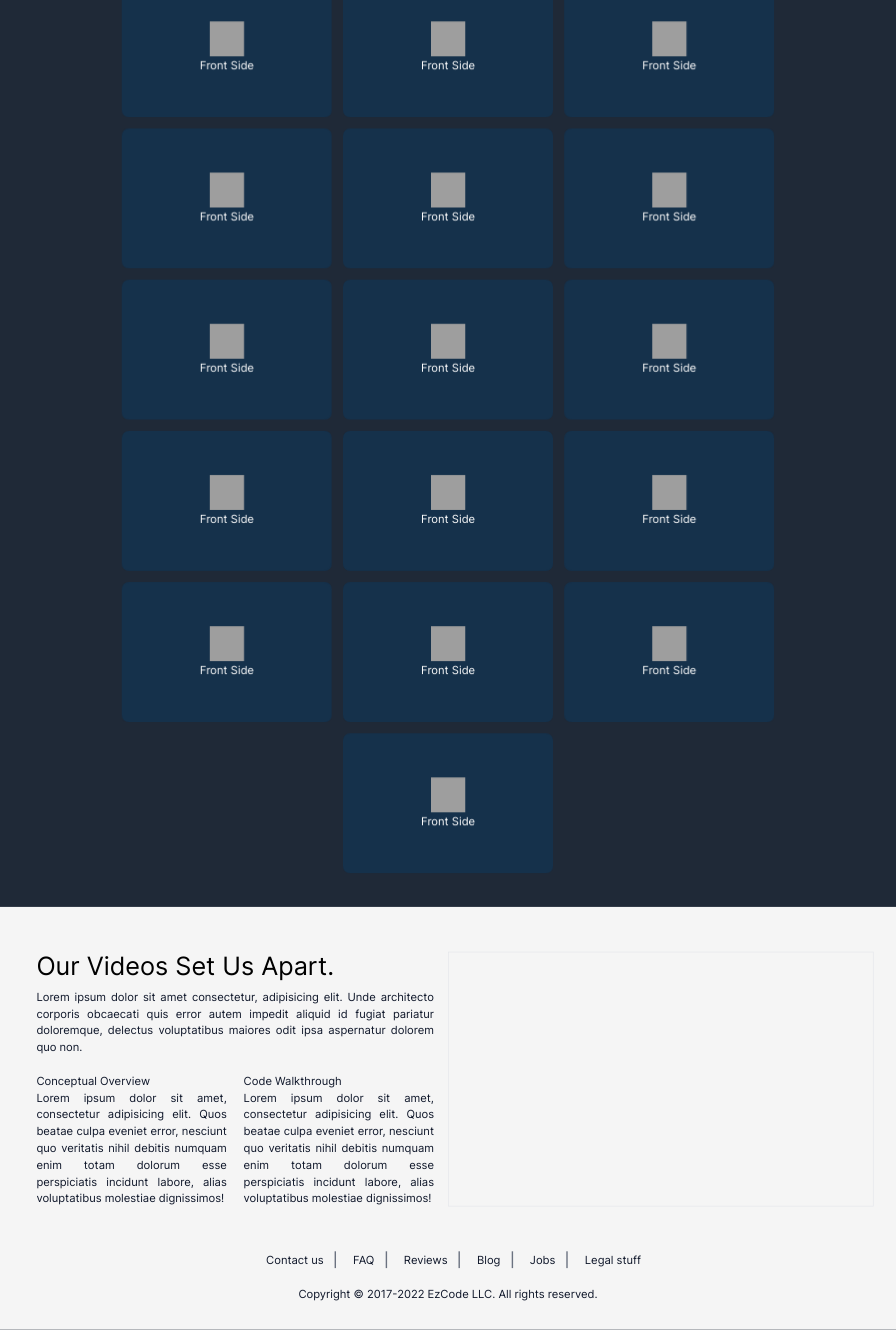
Repository: om1ars/Xjkey
Page: /
An editor plug-in stored every save of this project. The page is shown before and after a run of saves, followed by the edit.
The browser window is 1280 px wide. The pictures show the part of the page from y = 1231 to 3151 px (the page is 3131 px tall before and 3151 px after), at 70% of full size.
Pictures or frames that could not be fetched are drawn as grey boxes. The project was rebuilt for these pictures with package versions that can differ from the ones it lists, and the page was loaded fresh each time. The framework's server and built-in components were replaced by stand-ins that run in the browser. Also part of the build but not shown: next.config.js.

Above is the page before, as saved 2022-03-18 23:36:32.

### src/pages/_app.tsx
import "@/css/fonts.css";
// Import Swiper styles
import "swiper/css";
import "swiper/css/free-mode";
import "swiper/css/scrollbar";
import "swiper/css/navigation";
//
import "@/css/main.scss";
import type { AppProps } from "next/app";
import { ThemeProvider } from "next-themes";
import { Header } from "@/components/Header";
import DefaultLayout from "@/layouts/DefaultLayout";

function MyApp({ Component, pageProps }: AppProps) {
  return (
    <ThemeProvider attribute="class" defaultTheme="system">
      <DefaultLayout>
        <Component {...pageProps} />
      </DefaultLayout>
    </ThemeProvider>
  );
}

export default MyApp;

### src/pages/_document.tsx
import NextDocument, {
  Html,
  Head,
  Main,
  NextScript,
  DocumentContext,
} from 'next/document';

export default class Document extends NextDocument {
  static async getInitialProps(ctx: DocumentContext) {
    const initialProps = await NextDocument.getInitialProps(ctx);
    return { ...initialProps };
  }

  render() {
    return (
      <Html lang='en' className='dark'>
        <Head>
          <link href='/favicons/site.webmanifest' rel='manifest' />
          <link href='/favicons/favicon.ico' rel='shortcut icon' />
          <link
            href='/favicons/apple-touch-icon.png'
            rel='apple-touch-icon'
            sizes='180x180'
          />
          <link
            href='/favicons/favicon-32x32.png'
            rel='icon'
            sizes='32x32'
            type='image/png'
          />
          <link
            href='/favicons/favicon-16x16.png'
            rel='icon'
            sizes='16x16'
            type='image/png'
          />
          <link
            rel='mask-icon'
            href='/favicons/safari-pinned-tab.svg'
            color='#6366f1'
          />
          <meta content='#ffffff' name='theme-color' />
          <meta content='#ffffff' name='msapplication-TileColor' />
          <meta
            content='/favicons/browserconfig.xml'
            name='msapplication-config'
          />
        </Head>
        <body className='dark:highlight-white/5 bg-neutral-100 text-slate-900 antialiased dark:bg-gray-800 dark:text-white'>
          <Main />
          <NextScript />
        </body>
      </Html>
    );
  }
}

### src/pages/index.tsx
import React from "react";
import SEO from "@/components/SEO";
import AboutUs from "@/components/HomeComponents/AboutUs";
import Hero from "@/components/HomeComponents/Hero";
import { FeaturedJobs } from "@/components/HomeComponents/FeaturedJobs";
import AlgoFlipCard from "@/components/HomeComponents/FlipCard";
import VideosComponents from "@/components/HomeComponents/VideosComponents";
export default function Home() {
  return (
    <>
      <SEO />
      <Hero />
      <main className="mx-auto max-w-screen-xl px-6 sm:px-8">
        <div className="mt-16 space-y-20">
          <FeaturedJobs />
        </div>
      </main>

      <div className="mt-10 " id="flipCard">
        <AlgoFlipCard />
      </div>
      <main className="mx-auto max-w-screen-xl px-6 sm:px-8 " id="video-explanation">
        <div className="mt-16 space-y-20">
          <VideosComponents />
        </div>
      </main>
    </>
  );
}

### src/css/fonts.css
@font-face {
  font-family: "Inter var";
  font-weight: 100 900;
  font-display: swap;
  font-style: normal;
  font-named-instance: "Regular";
  src: url("../fonts/Inter-roman-latin.var.woff2") format("woff2");
}

@font-face {
  font-family: "Inter var";
  font-weight: 100 900;
  font-display: swap;
  font-style: italic;
  font-named-instance: "Italic";
  src: url("../fonts/Inter-italic-latin.var.woff2") format("woff2");
}

### src/css/main.scss
@tailwind base;
@tailwind components;
@tailwind utilities;
@import "./flip-card.scss";
@layer base {
  .dark {
    color-scheme: dark;
  }
}

/* styling Swiper default navigations elements */
.swiper-button-next {
  background-color: theme("colors.white");
  height: 40px;
  width: 40px;
  border-radius: 100px;
  box-shadow: theme("boxShadow.lg");
  transition: all;
  transition-duration: 150ms;
}

html.dark .swiper-button-next {
  background-color: theme("colors.slate.600");
}

.swiper-button-next:hover {
  background-color: theme("colors.slate.200");
}

html.dark .swiper-button-next:hover {
  background-color: theme("colors.slate.400");
}

.swiper-button-next::after {
  color: black;
  font-size: 1rem;
  font-weight: bold;
}
html.dark .swiper-button-next::after {
  color: theme("colors.white");
}

.swiper-button-prev {
  background-color: theme("colors.white");
  height: 40px;
  width: 40px;
  border-radius: 100px;
  box-shadow: theme("boxShadow.lg");
  transition: all;
  transition-duration: 150ms;
}

html.dark .swiper-button-prev {
  background-color: theme("colors.slate.600");
}

.swiper-button-prev:hover {
  background-color: theme("colors.slate.200");
}

html.dark .swiper-button-prev:hover {
  background-color: theme("colors.slate.400");
}

.swiper-button-prev::after {
  color: black;
  font-size: 1rem;
  font-weight: bold;
}
html.dark .swiper-button-prev::after {
  color: theme("colors.white");
}

html.dark .swiper-scrollbar {
  background: rgb(255, 255, 255, 0.2);
}
html.dark .swiper-scrollbar-drag {
  background: rgb(255, 255, 255, 0.6);
}
/* end of styling Swiper default navigations elements */

### src/layouts/DefaultLayout.tsx
import Footer from "@/components/Footer";
import { Header } from "@/components/Header";
import React, { FC } from "react";

export default function DefaultLayout({ children }: any) {
  return (
    <div>
      <Header />
      <main>{children}</main>
      <Footer />
    </div>
  );
}

### src/components/SEO.tsx
import React from "react";
import Head from "next/head";

const defaultMeta = {
  title: "Job Seeking Landing Page - Miad V",
  description: "Exprimental Project",
};

const SEO: React.FC<any> = ({ children, ...customMeta }) => {
  const meta = {
    ...defaultMeta,
    ...customMeta,
  };
  return (
    <Head>
      <meta name="robots" content="noindex" />
      <title>{meta.title}</title>
      <meta name="description" content={meta.description} />
    </Head>
  );
};

export default SEO;

### src/components/HomeComponents/FeaturedJobs.tsx
import React from "react";
import Image from "next/image";
import Link from "next/link";
import { FreeMode, Mousewheel, Navigation, Scrollbar } from "swiper";
import { Swiper, SwiperSlide } from "swiper/react";
import { Button } from "@/components/Button";
import { Chip } from "@/components/Chip";

// const featuredJobsCategories = [
//   "Sales (Corporate, Real Estate, Telesales, etc.)",
//   "Customer Service",
//   "Other",
//   "Creative Writing",
//   "Project Management",
//   "Marketing - Digital",
//   "IT - Software Development",
//   "Human Resources",
//   "Accounting & Finance",
// ];

const featuredJobsItems = [
  {
    companyName: "160+ hand-picked questions",
    jobTitle: "Algorithms for Interview",
    href: "algoFlip",
    image: "/img/01.jpg",
  },
  {
    companyName: "200+ templates, clones and more...",
    jobTitle: " Advanced React.js",
    image: "/img/02.jpg",
  },
  {
    companyName: "100+ hourse video explanation",
    jobTitle: "Online lessons",
    image: "/img/03.jpg",
    href: "video-explanation",
  },
  {
    companyName: "Feature-Rich Coding Workspace",
    jobTitle: "Enviromental editor",
    image: "/img/04.jpg",
  },
  {
    companyName: "Mock interviews",
    jobTitle: "Couch meeting",
    image: "/img/05.jpg",
  },
  {
    companyName: "Space-Time Complexity Analyses",
    jobTitle: "How to solve algorithms",
    image: "/img/06.jpg",
  },
  {
    companyName: "Achievements",
    jobTitle: "Online Sertificates",
    image: "/img/07.jpg",
  },
];

export const FeaturedJobs = () => {
  return (
    <section id="featured-jobs">
      <div className="mb-4 flex items-center justify-between">
        <h2 className="text-2xl font-bold">Why EzCode?</h2>
      </div>
      <div id="featured-jobs__categories" className="mb-4">
        {/* <Swiper
          modules={[FreeMode, Scrollbar, Mousewheel]}
          direction="horizontal"
          freeMode={true}
          mousewheel={true}
          scrollbar={{ draggable: true, hide: true }}
          slidesPerView="auto"
          spaceBetween={8}
          id="featured-jobs__categories__slider"
          className="!py-4"
        >
          <SwiperSlide className="!w-auto">
            <Chip label="all" active />
          </SwiperSlide>
          {featuredJobsCategories.map((item, i) => (
            <SwiperSlide key={i} className="!w-auto">
              <Chip label={item} />
            </SwiperSlide>
          ))}
        </Swiper> */}
      </div>
      {/* !-m-4 to fix box-shadow cropping due to overflow:hidden */}
      <div id="featured-jobs__items" className="!-m-4">
        <Swiper
          className="!p-4" // !p-4 to fix box-shadow cropping due to overflow:hidden
          modules={[Navigation]}
          navigation
          spaceBetween={20}
          slidesPerView={1}
          breakpoints={{
            "475": {
              slidesPerView: 2,
            },
            "640": {
              slidesPerView: 3,
            },
            "1024": {
              slidesPerView: 4,
            },
          }}
        >
          {featuredJobsItems.map((item, i) => (
            <SwiperSlide key={i}>
              <a>
                <a
                  href={`#${item.href}`}
                  id={item.href}
                  className="group block overflow-hidden rounded bg-white transition-all duration-150 hover:-translate-y-1 hover:shadow-lg dark:border-slate-800 dark:bg-slate-700"
                >
                  <div className="relative block overflow-hidden  pt-[70%]">
                    <Image
                      src={item.image}
                      alt={item.companyName}
                      layout="fill"
                      objectFit="cover"
                      className="transition-all duration-200 group-hover:scale-[102%]"
                    />
                  </div>

                  <div className="flex flex-col border-t p-4 dark:border-slate-600">
                    <h5 className="block truncate text-xl font-semibold capitalize">
                      {item.jobTitle}
                    </h5>
                    <span className="block truncate text-slate-500 dark:text-slate-400">
                      {item.companyName}
                    </span>
                  </div>
                </a>
              </a>
            </SwiperSlide>
          ))}
        </Swiper>
      </div>
    </section>
  );
};

### src/components/HomeComponents/VideosComponents.tsx
import React from "react";

export default function VideosComponents() {
  return (
    <div className="flex justify-between text-justify sm:flex-col  md:flex-col lg:flex-row">
      <div className="w-6/12 pl-5 pr-5">
        <div>
          <h1 className="text-4xl text-black mb-3">Our Videos Set Us Apart.</h1>
          <p>
            Lorem ipsum dolor sit amet consectetur, adipisicing elit. Unde
            architecto corporis obcaecati quis error autem impedit aliquid id
            fugiat pariatur doloremque, delectus voluptatibus maiores odit ipsa
            aspernatur dolorem quo non.
          </p>
        </div>
        <div className="mt-6 flex sm:flex-col md:flex-col lg:flex-row">
          <div className="mr-6 text-justify">
            <h3>Conceptual Overview</h3>
            <p>
              Lorem ipsum dolor sit amet, consectetur adipisicing elit. Quos
              beatae culpa eveniet error, nesciunt quo veritatis nihil debitis
              numquam enim totam dolorum esse perspiciatis incidunt labore,
              alias voluptatibus molestiae dignissimos!
            </p>
          </div>
          <div>
            <h3>Code Walkthrough</h3>
            <p>
              Lorem ipsum dolor sit amet, consectetur adipisicing elit. Quos
              beatae culpa eveniet error, nesciunt quo veritatis nihil debitis
              numquam enim totam dolorum esse perspiciatis incidunt labore,
              alias voluptatibus molestiae dignissimos!
            </p>
          </div>
        </div>
      </div>
      <div className="w-6/12 border"></div>
    </div>
  );
}

### src/css/flip-card.scss
.algo_flip_card_container {
  width: 100%;
  padding: 40px;
  height: 100%;
  background: #1f2937;
  //   display: flex;
  justify-content: center;
  align-items: center;
}
.services-box {
  display: flex;
  justify-content: center;
  align-items: center;
  flex-wrap: wrap;
}

.service {
  margin: 8px;
}

.flip-box {
  background-color: transparent;
  width: 300px;
  height: 200px;
  //   border: 1px solid #15314b;
  border-radius: 10px;
  perspective: 1000px;
}

.flip-box-inner {
  position: relative;
  width: 100%;
  height: 100%;
  text-align: center;
  transition: transform 0.4s;
  transform-style: preserve-3d;

  display: flex;
  justify-content: center;
  align-items: center;
}

.flip-box:hover .flip-box-inner {
  transform: rotateY(180deg);
}

.flip-box-front,
.flip-box-back {
  position: absolute;
  width: 100%;
  height: 100%;
  -webkit-backface-visibility: hidden;
  backface-visibility: hidden;

  display: flex;
  justify-content: center;
  align-items: center;
  flex-direction: column;
}

.flip-box-front {
  background-color: #15314b;
  color: white;
  border-radius: 10px;
}

.flip-box-front img {
  height: 50px;
  width: 50px;
}

.flip-box-back {
  background-color: #15314b;
  color: white;
  transform: rotateY(180deg);
  border-radius: 10px;
  padding: 16px;
}

### src/components/Footer.tsx
import React from "react";

export default function Footer() {
  return (
    <div>
      <div className="bg-darkBg text-whiteBg flex flex-col items-center justify-center pl-48 pr-48 pt-16 pb-10">
        <div className="lg:flex sm:flex md:flex sm:flex-wrap md:flex-wrap ">
          <div className="ml-4 flex ">
            <span className="mr-2 ml-2">Contact us</span>
            <div className=" ml-2 w-0.5 bg-gray-500"></div>
          </div>
          <div className="ml-4 flex ">
            <span className="mr-2 ml-2">FAQ</span>
            <div className=" ml-2 w-0.5 bg-gray-500"></div>
          </div>
          <div className="ml-4 flex ">
            <span className="mr-2 ml-2">Reviews</span>
            <div className=" ml-2 w-0.5 bg-gray-500"></div>
          </div>
          <div className="ml-4 flex ">
            <span className="mr-2 ml-2">Blog</span>
            <div className=" ml-2 w-0.5 bg-gray-500"></div>
          </div>
          <div className="ml-4 flex ">
            <span className="mr-2 ml-2">Jobs</span>
            <div className=" ml-2 w-0.5 bg-gray-500"></div>
          </div>
          <div className="ml-4 flex ">
            <span className="mr-2 ml-2 ">Legal stuff</span>
          </div>

        </div>
        <div className="mt-6">
          <span>Copyright © 2017-2022 EzCode LLC. All rights reserved.</span>
        </div>
      </div>
    </div>
  );
}

### src/components/Button/index.tsx
import React, { forwardRef } from "react";
import { __DEV__ } from "@/utils/assertions";

type BaseButtonProps = Omit<React.HTMLProps<HTMLButtonElement>, "size">;

/* === Button Element === */

export interface ButtonProps extends BaseButtonProps {
  children: React.ReactNode;
  fullWidth?: boolean;
  className?: string;
  variant?: "solid" | "outline" | "ghost";
  size?: "sm" | "md" | "lg";
  as?: string;
  isExternal?: boolean;
  type?: "button" | "submit" | "reset";
}

export const Button = forwardRef<HTMLButtonElement, ButtonProps>(
  (
    {
      children,
      variant = "solid",
      size = "md",
      fullWidth = false,
      className,
      as = "button",
      isExternal = false,
      ...rest
    },
    ref
  ) => {
    let tempClassNames: string[] = [];

    const sharedClasses = [
      "capitalize",
      "focus:outline-none",
      "focus:ring-2",
      "focus:ring-sky-400",
      "focus:ring-offset-2",
      "focus:ring-offset-sky-50",
      "font-semibold",
      "rounded-full",
      "inline-flex",
      "flex-shrink-0",
      "items-center",
      "justify-center",
      "transition-colors",
      "ease-in-out",
      "duration-500",
    ];

    if (fullWidth) sharedClasses.push("w-full");

    // handle variants
    let btnSolid = ["bg-sky-600", "hover:bg-sky-700", "text-white"];
    let btnOutline = [
      "dark:text-white",
      "hover:text-sky-700",
      "hover:dark:text-sky-700",
      "bg-transparent",
      "hover:bg-sky-50",
      "border",
      "border-sky-600",
    ];
    let btnGhost = [
      "bg-transparent",
      "dark:text-white",
      "hover:bg-sky-50",
      "hover:text-sky-700",
      "hover:dark:text-sky-700",
    ];

    if (variant === "solid") {
      tempClassNames = [...sharedClasses, ...btnSolid];
    } else if (variant === "outline") {
      tempClassNames = [...sharedClasses, ...btnOutline];
    } else if (variant === "ghost") {
      tempClassNames = [...sharedClasses, ...btnGhost];
    }

    // handle sizes
    let sizeSm = ["h-8", "px-2", "text-sm"];
    let sizeMd = ["h-10", "px-3"];
    let sizeLg = ["h-12", "px-4", "text-lg"];

    if (size === "sm") {
      tempClassNames = [...tempClassNames, ...sizeSm];
    } else if (size === "md") {
      tempClassNames = [...tempClassNames, ...sizeMd];
    } else if (size === "lg") {
      tempClassNames = [...tempClassNames, ...sizeLg];
    }

    let classes = tempClassNames.join(" ");

    let Element = as ? (
      React.createElement(
        as,
        {
          className: `${classes} ${className}`,
          target: isExternal ? "_blank" : undefined,
          rel: isExternal ? "noopener noreferrer" : undefined,
          ref,
          ...rest,
        },
        children
      )
    ) : (
      <button {...rest} className={`${classes} ${className}`} ref={ref}>
        {children}
      </button>
    );

    return Element;
  }
);

if (__DEV__) {
  Button.displayName = "Button";
}

/* === IconButton Element === */

export interface IconButtonProps extends ButtonProps {
  icon?: React.ReactElement;
  "aria-label": string;
}

export const IconButton = forwardRef<HTMLButtonElement, IconButtonProps>(
  (
    {
      children,
      icon,
      className,
      "aria-label": ariaLabel,
      size = "md",
      ...rest
    },
    ref
  ) => {
    let sharedClasses = ["rounded-full", "!px-0"];

    // handle sizes
    let sizeSm = ["w-8"];
    let sizeMd = ["w-10"];
    let sizeLg = ["w-12"];

    if (size === "sm") {
      sharedClasses = [...sharedClasses, ...sizeSm];
    } else if (size === "md") {
      sharedClasses = [...sharedClasses, ...sizeMd];
    } else if (size === "lg") {
      sharedClasses = [...sharedClasses, ...sizeLg];
    }

    /**
     * Passing the icon as prop or children should work
     */
    const element = icon || children;
    const _children = React.isValidElement(element)
      ? React.cloneElement(element as any, {
          "aria-hidden": true,
          focusable: false,
        })
      : null;

    let classes = sharedClasses.join(" ");
    return (
      <Button
      className={`${classes} ${className}`}
        aria-label={ariaLabel}
        size={size}
        {...rest}
        ref={ref}
      >
        {_children}
      </Button>
    );
  }
);

if (__DEV__) {
  IconButton.displayName = "IconButton";
}

### src/components/Logo.tsx
import clsx from "clsx";
import React from "react";

export default function Logo() {
  return (
    <span
      className={clsx(
        "bg-gradient-to-r from-fuchsia-800 via-purple-600 to-indigo-800 bg-clip-text align-middle text-3xl font-black tracking-widest text-transparent"
      )}
    >
      HIREDLi
    </span>
  );
}

### src/utils/assertions.ts
export const __DEV__ = process.env.NODE_ENV !== "production";

Loaded but not shown: tailwind.config.js (18 lines, source omitted); src/components/HomeComponents/FlipCard.tsx (283 lines, source omitted); src/components/HomeComponents/AuthenticationDialog.tsx (206 lines, source omitted); src/components/ThemeToggle.tsx (220 lines, source omitted); src/components/Header.tsx (175 lines, source omitted); src/components/HomeComponents/Hero.tsx (170 lines, source omitted)

After the next 2 saves:
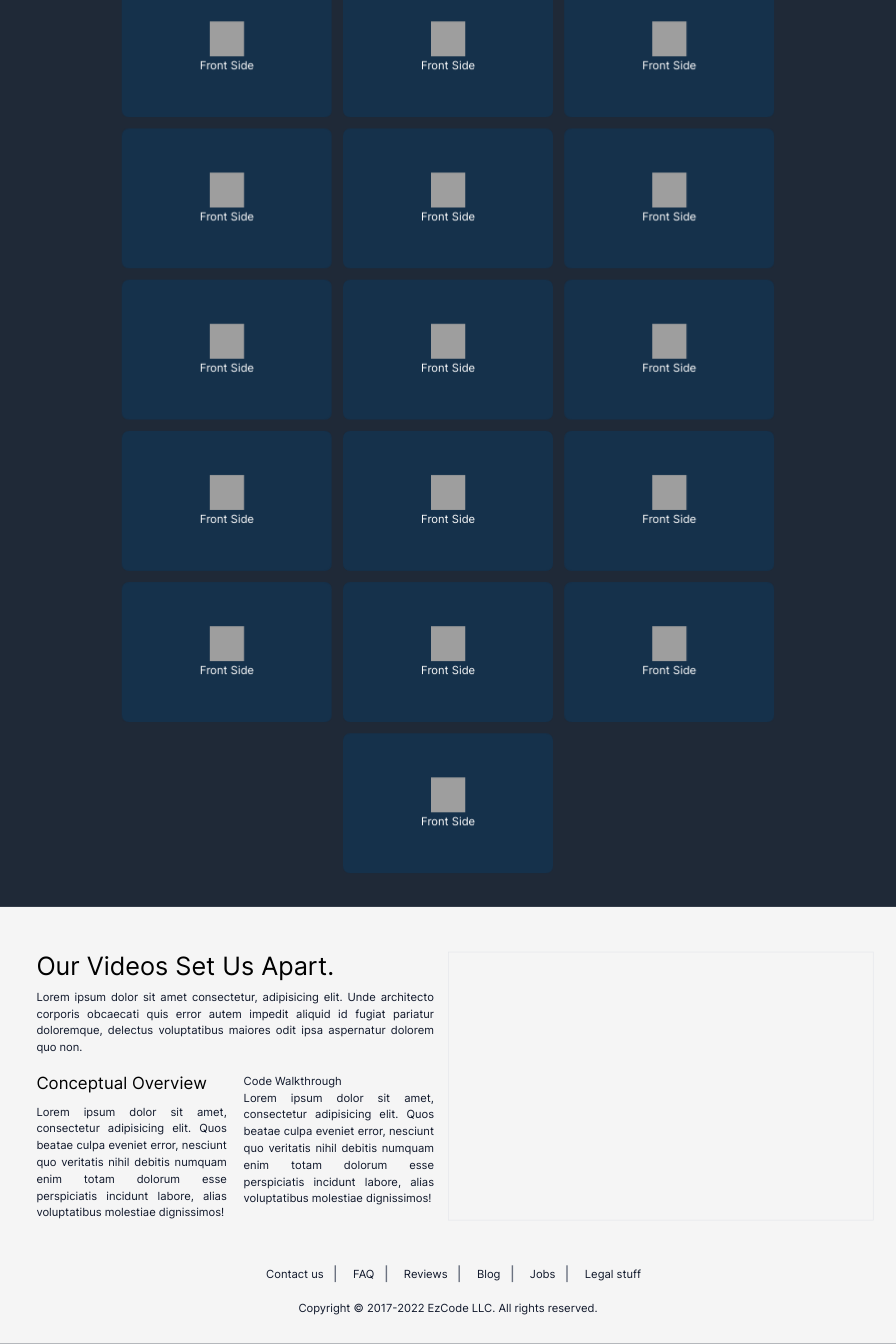
The 2 saves are shown as one change because they came seconds apart.
The last was saved 18 s later.
--- a/src/components/HomeComponents/VideosComponents.tsx
+++ b/src/components/HomeComponents/VideosComponents.tsx
@@ -15,7 +15,7 @@ export default function VideosComponents() {
         </div>
         <div className="mt-6 flex sm:flex-col md:flex-col lg:flex-row">
           <div className="mr-6 text-justify">
-            <h3>Conceptual Overview</h3>
+            <h3 className="text-2xl text-black mb-3">Conceptual Overview</h3>
             <p>
               Lorem ipsum dolor sit amet, consectetur adipisicing elit. Quos
               beatae culpa eveniet error, nesciunt quo veritatis nihil debitis
